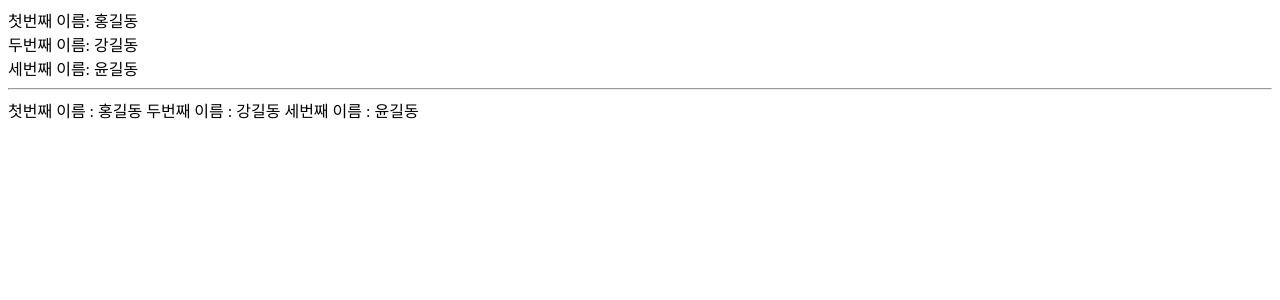
Repository: skim24245/web_workspace_src
Page: http://localhost/Lecture-Web/jsp/el/exam07.jsp
An editor plug-in stored every save of this project. The page is shown before and after the next save, followed by the edit.
The browser window is 1280 px wide. The pictures show the whole page.
The page is served by Tomcat 9.

Above is the page before, as saved 2022-06-07 04:50:20.

After the next save:
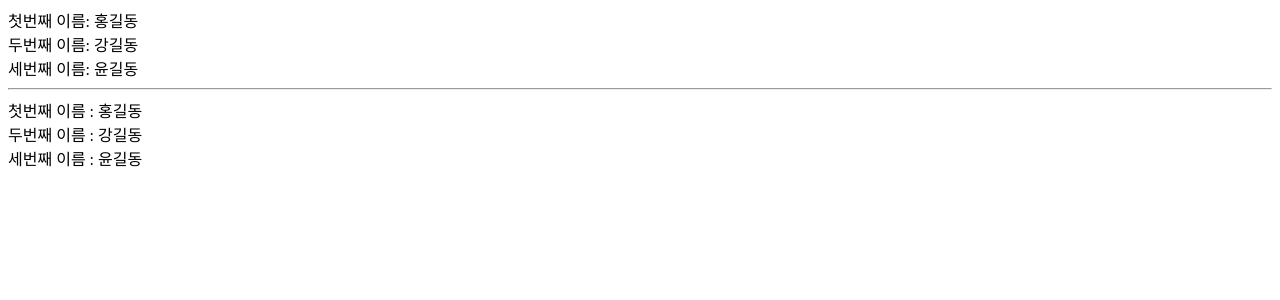
Saved 7 s later.
--- a/Lecture-Web/src/main/webapp/jsp/el/exam07.jsp
+++ b/Lecture-Web/src/main/webapp/jsp/el/exam07.jsp
@@ -23,8 +23,8 @@
 세번째 이름: <%=nameList.get(2) %><BR>
 
 <hr>
-첫번째 이름 : ${names[0] }
-두번째 이름 : ${names[1] }
-세번째 이름 : ${names[2] }
+첫번째 이름 : ${names[0] }<br>
+두번째 이름 : ${names[1] }<BR>
+세번째 이름 : ${names[2] }<BR>
 </body>
 </html>
